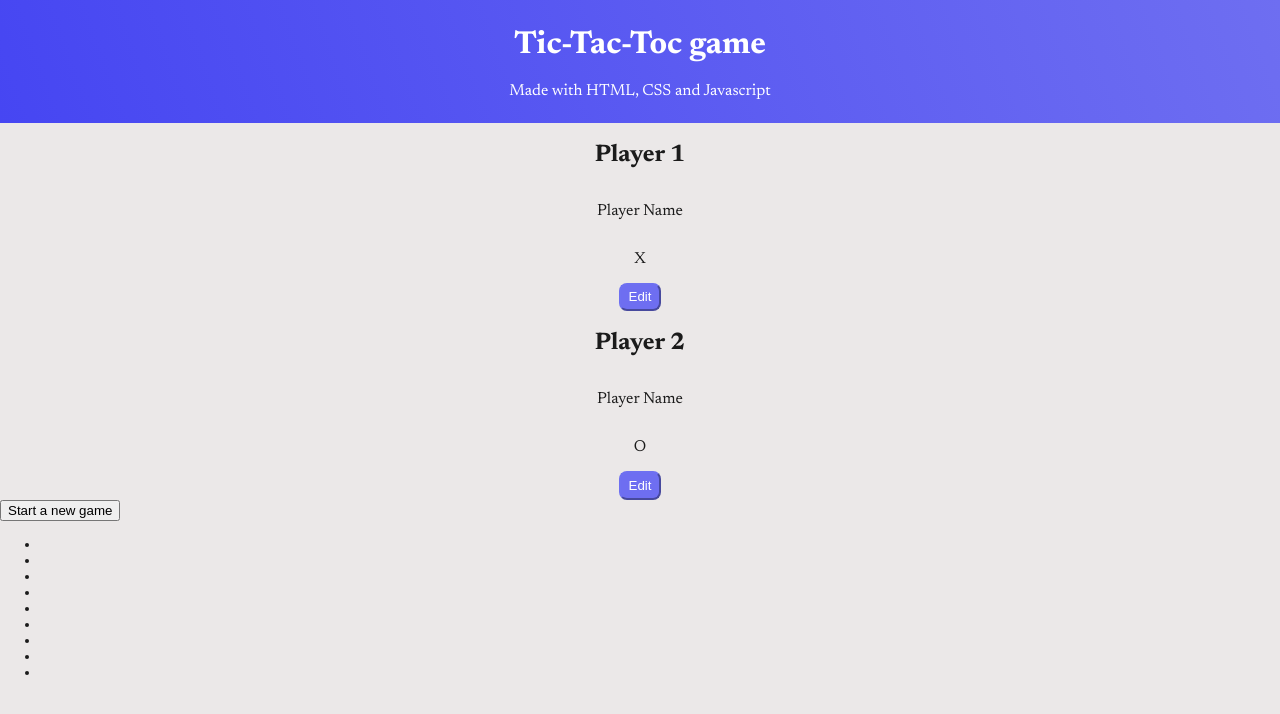
Repository: MicTomm/Tic-tac-toe-game
Page: index.html
These files come from the project's save history. The page is drawn as it stood at one moment and after the next save; the edit follows.
The browser window is 1280 px wide. The pictures show the whole page.

Above is the page before, as saved 2023-06-23 16:18:00.
Not found: js-code

### index.html
<!DOCTYPE html>
<html lang="en">

<head>
    <meta charset="UTF-8">
    <meta name="viewport" content="width=device-width, initial-scale=1.0">
    <title>Tic-Tac-Toe</title>
    <link rel="preconnect" href="https://fonts.googleapis.com">
    <link rel="preconnect" href="https://fonts.gstatic.com" crossorigin>
    <link href="https://fonts.googleapis.com/css2?family=Newsreader:wght@400;700&display=swap" rel="stylesheet">
    <link href="/styles/styles.css" rel="stylesheet">
    <link href="/styles/overlay.css" rel="stylesheet">
    <link href="/styles/configuration.css" rel="stylesheet">
    <script src="js-code" defer></script>
</head>

<body>
    <div class="back-drop" id="back-drop"></div>
    <header id="main-header">
        <h1>Tic-Tac-Toc game</h1>
        <p>Made with HTML, CSS and Javascript</p>
    </header>
    <main>
        <aside id="aside-container">
            <header id="id=" aside-header>
                <h2>Chose your name</h2>
            </header>
            <form>
                <div id="aside-input-container">
                    <label for="choosing-player-name">Player name</label>
                    <input type="text" id="choosing-player-name">
                </div>
                <div id="aside-buttons-container">
                    <button type="button" class="btn alternative-btn" id="cancel-btn">
                        <a href="/">Cancel</a>
                    </button>
                    <button type="submit" class="btn">Confirm</button>
                </div>
            </form>
        </aside>
        <section id="game-configuration">
            <article>
                <div id="player1-container">
                    <h2>Player 1</h2>
                    <p>Player Name</p>
                    <p>X</p>
                    <button id="edit-p1-btn" class="btn">Edit</button>
                </div>
            </article>
            <article>
                <div id="player2-container">
                    <h2>Player 2</h2>
                    <p>Player Name</p>
                    <p>O</p>
                    <button id="edit-p2-btn" class="btn">
                        <a href="#aside-container">Edit</a>
                    </button>
                </div>
            </article>
        </section>
        <section id="game-execution">
            <button type="button">Start a new game</button>
            <ul>
                <li></li>
                <li></li>
                <li></li>

                <li></li>
                <li></li>
                <li></li>

                <li></li>
                <li></li>
                <li></li>
            </ul>
        </section>
    </main>

</body>

</html>

### styles/styles.css
body{
    margin: 0;
    background-color: rgb(235, 232, 232);
    font-family: 'Newsreader', serif;
    color: rgb(27, 27, 27);
}

a{
    text-decoration: none;
    color: white;
}

#cancel-btn a{
    color: rgb(27, 27, 27);
}

#main-header{
    background: linear-gradient(70deg, rgb(70, 70, 242), rgb(110, 110, 241));
    color: white;
    padding: 0.5rem 5%;
    text-align: center;
}

.btn{
    background-color: rgb(110, 110, 241);
    border-color: rgb(110, 112, 241);
    color: white;
    border-radius: 8px;
    padding: 0.3rem 0.5rem;
}

.alternative-btn{
    background-color: rgb(223, 223, 239);
    border-color: transparent;
    color: rgb(27, 27, 27);
    margin: 0.5rem;
}

.btn:hover{
    background-color:  rgb(127, 127, 233);
    box-shadow: 1px 1px 2px rgb(27, 27, 27);
}

.alternative-btn:hover{
    background-color: rgb(210, 210, 235);
    border-color: rgb(205, 205, 233);
}

aside h2,
aside label{
    color: rgb(110, 110, 241);
    text-shadow: .5px .5px 1px rgb(27, 27, 27, 0.5);
}

form label{
    display: block;
    margin-bottom: .5rem;
}

form input{
    padding: .3rem;
    border-color: transparent;
    border-radius: 8px;
    font-family: inherit;
}

form input:hover,
form input:focus {
    outline: rgb(110, 110, 241) auto 1px;
}

form #aside-buttons-container{
    display: flex;
    flex-flow: row;
    justify-content: center;
    align-items: center;
    margin: .5rem;
}

### styles/overlay.css
#aside-container {
    text-align: center;
    background-color: rgb(241, 245, 245);
    width: 90%;
    margin: 0rem auto;
    border-radius: .6rem;
    padding: .5rem 0rem;
    display: none;
    position: fixed;
    top: 25%;
    left: 5%;
}

#aside-container:target,
#back-drop:target {
    display: block;
}

.back-drop {
    background-color: rgb(168, 157, 157, 0.5);
    width: 100%;
    height: 100%;
    position: fixed;
    display: none;
}

aside h2,
aside label {
    color: rgb(110, 110, 241);
    text-shadow: .5px .5px 1px rgb(27, 27, 27, 0.5);
}

form label {
    display: block;
    margin-bottom: .5rem;
}

form input {
    padding: .3rem;
    border-color: transparent;
    border-radius: 8px;
    font-family: inherit;
    font-weight: 700;
    color: rgb(27, 27, 27, 0.7);
    text-align: center;
}

form input:hover,
form input:focus {
    outline: rgb(110, 110, 241) auto 1px;
}

form #aside-buttons-container {
    display: flex;
    flex-flow: row;
    justify-content: center;
    align-items: center;
    margin: .5rem;
}

@media (min-width: 48rem) {

    #aside-container {
        position: fixed;
        top: 25%;
        left: calc(50% - 20rem);
        width: 40rem;
    }

}

### styles/configuration.css
#game-configuration{
    margin: 0 auto;
}

#player1-container,
#player2-container{
    background-color: 241, 245, 245;
    margin: 0rem 1rem;
    display: flex;
    flex-flow: column;
    justify-content: center;
    align-items: center;
}

After the next save:
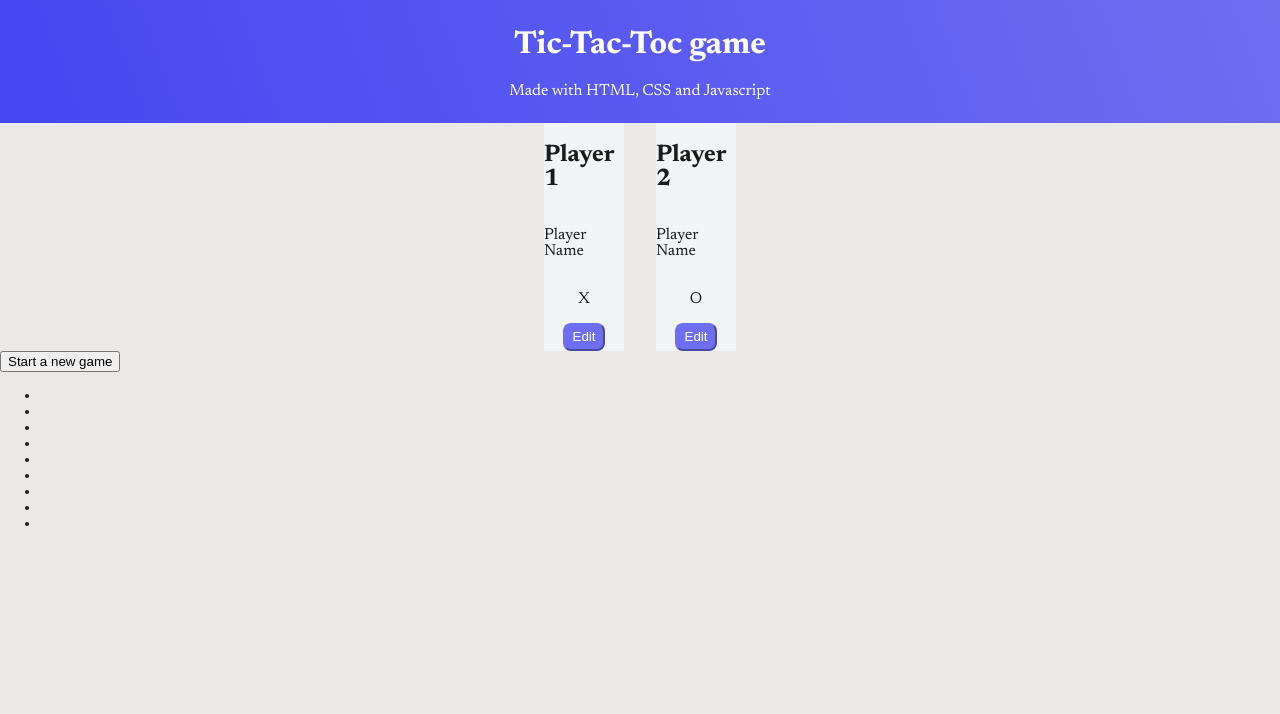
Saved 78 s later.
--- a/styles/configuration.css
+++ b/styles/configuration.css
@@ -1,13 +1,16 @@
 #game-configuration{
-    margin: 0 auto;
+    display: flex;
+    flex-flow: row;
+    justify-content: center;
 }
 
 #player1-container,
 #player2-container{
-    background-color: 241, 245, 245;
+    background-color: rgb(241, 245, 245);
     margin: 0rem 1rem;
     display: flex;
     flex-flow: column;
     justify-content: center;
     align-items: center;
+    width: 5rem;
 }
